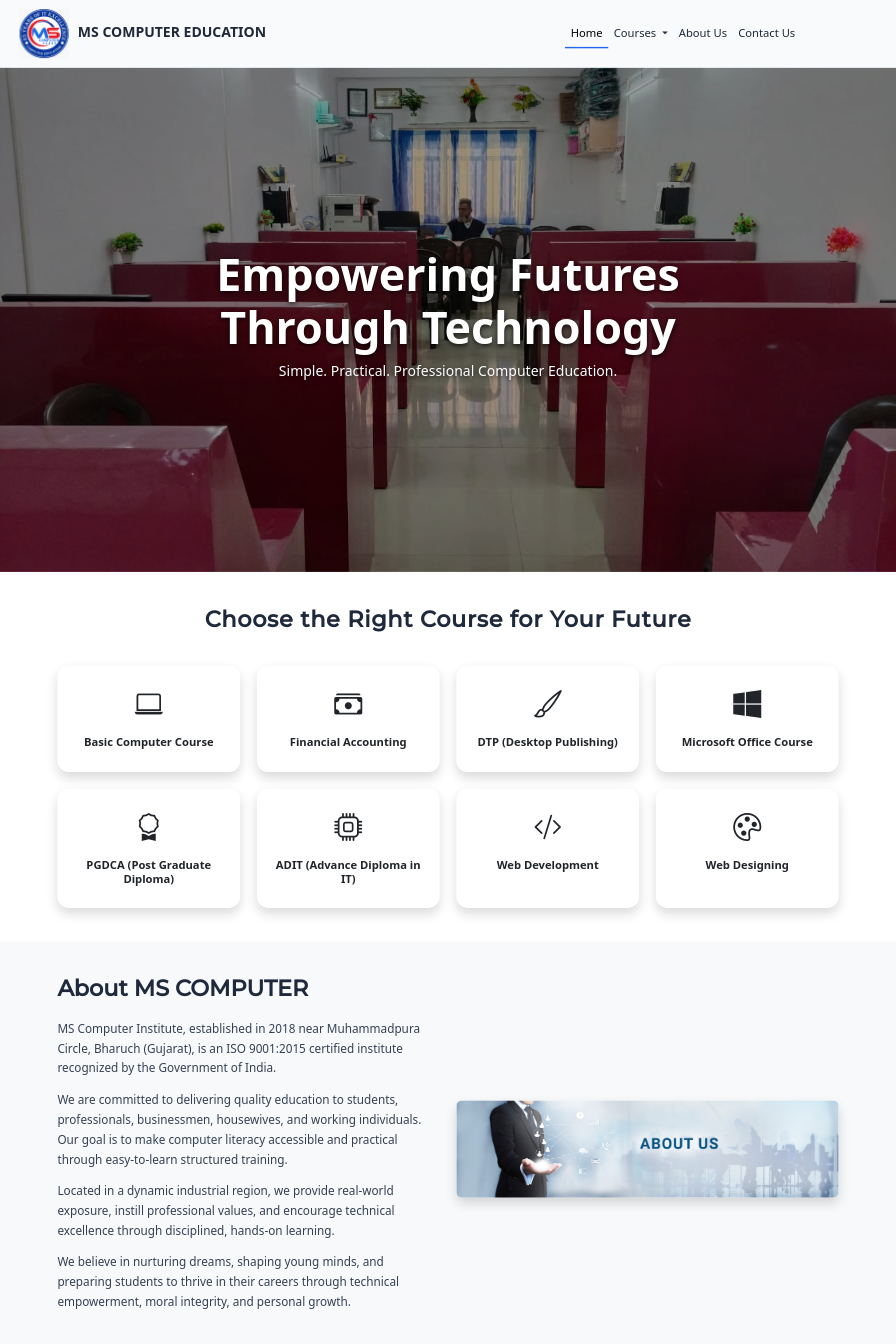
Repository: mscomputer2025/mscomputer
Page: http://localhost/
These files come from the project's save history. The page is drawn as it stood at one moment and after the next save; the edit follows.
The browser window is 1280 px wide. The pictures show the part of the page from y = 0 to 1920 px (the page is 2639 px tall), at 70% of full size.
Some web fonts or font styles are not loaded; a fallback is used. The page is served by the project's Laravel application, run on PHP 8.4 with Laravel 12. Other server files are loaded and not shown. Queries for data that is not in the repository find no rows.

Above is the page before, as saved 2025-07-01 19:02:24.

### app/Providers/AppServiceProvider.php
<?php

namespace App\Providers;

use Illuminate\Support\ServiceProvider;
use App\Models\Courses;
use Illuminate\Support\Facades\View;

class AppServiceProvider extends ServiceProvider
{

    public function register(): void
    {
        //
    }

    public function boot()
{
    View::composer('*', function ($view) {
        $view->with('allCourses', Courses::all());
    });
}
}

### app/Providers/ViewServiceProvider.php
<?php

namespace App\Providers;

use Illuminate\Support\ServiceProvider;
use Illuminate\Support\Facades\View;
use Illuminate\View\Compilers\BladeCompiler;
use Illuminate\Support\Facades\Validator;
use App\Models\Courses;

class ViewServiceProvider extends ServiceProvider
{

    public function register(): void
    {
        //
    }


    public function boot()
    {
        View::composer('*', function ($view) {
            $courses = Courses::all();
            $view->with('courses', $courses);
        });
    }
}

### routes/web.php
<?php

use Illuminate\Support\Facades\Route;

Route::get('/', function () {
    return view('homepage');
});
Route::get('/ms', function () {
    return view('welcome');
});

### app/Models/Courses.php
<?php

namespace App\Models;

use Illuminate\Database\Eloquent\Model;

class Courses extends Model
{
    protected $fillable = [
        'course_id', 'course_title', 'course_image', 'course_duration',
        'course_description', 'course_curriculum', 'course_rating', 'course_reviews'
    ];

    protected $casts = [
        'course_curriculum' => 'array',
    ];
}

### resources/views/homepage.blade.php
@extends('master.master')

@section('title', 'Home')

@section('content')
    <div class="hero">
        <div>
            <h1 class="display-3 fw-bold">Empowering Futures Through Technology</h1>
            <p class="lead">Simple. Practical. Professional Computer Education.</p>
        </div>
    </div>
    <section class="py-5  text-center">
        <div class="container">
            <h2 class="fw-bold mb-5 heading-styled">Choose the Right Course for Your Future</h2>
            <div class="row g-4 justify-content-center">
                @php
                    $courses = [
                        ['icon' => 'laptop', 'title' => 'Basic Computer Course'],
                        ['icon' => 'cash-stack', 'title' => 'Financial Accounting'],
                        ['icon' => 'brush', 'title' => 'DTP (Desktop Publishing)'],
                        ['icon' => 'windows', 'title' => 'Microsoft Office Course'],
                        ['icon' => 'award', 'title' => 'PGDCA (Post Graduate Diploma)'],
                        ['icon' => 'cpu', 'title' => 'ADIT (Advance Diploma in IT)'],
                        ['icon' => 'code-slash', 'title' => 'Web Development'],
                        ['icon' => 'palette', 'title' => 'Web Designing'],
                    ];
                  @endphp

                @foreach ($courses as $course)
                    <div class="col-6 col-md-4 col-lg-3">
                        <div class="course-box p-4 shadow rounded-4 h-100 transition-hover">
                            <div class="mb-3">
                                <i class="bi bi-{{ $course['icon'] }} fs-1 text-dark "></i>
                            </div>
                            <h6 class="fw-semibold text-dark">{{ $course['title'] }}</h6>
                        </div>
                    </div>
                @endforeach
            </div>
        </div>
    </section>

<section class="py-5 bg-light">
  <div class="container">
    <div class="row align-items-center">

      <div class="col-md-6">
        <h2 class="fw-bold mb-4">About MS COMPUTER</h2>
        <p>MS Computer Institute, established in 2018 near Muhammadpura Circle, Bharuch (Gujarat), is an ISO 9001:2015 certified institute recognized by the Government of India.</p>
        <p>We are committed to delivering quality education to students, professionals, businessmen, housewives, and working individuals. Our goal is to make computer literacy accessible and practical through easy-to-learn structured training.</p>
        <p>Located in a dynamic industrial region, we provide real-world exposure, instill professional values, and encourage technical excellence through disciplined, hands-on learning.</p>
        <p>We believe in nurturing dreams, shaping young minds, and preparing students to thrive in their careers through technical empowerment, moral integrity, and personal growth.</p>
      </div>

      <div class="col-md-6 text-center">
        <img src="{{ asset('images/aboutus.jpg') }}" alt="MS Computer Institute" class="img-fluid rounded-3 shadow">
      </div>

    </div>
  </div>
</section>


<section class="py-5 bg-white">
  <div class="container">
    <h2 class="text-center fw-bold mb-5">Director's Message</h2>
    <div id="quoteCarousel" class="carousel slide" data-bs-ride="carousel" data-bs-interval="5000" data-bs-pause="hover">
      <div class="carousel-inner">
        <div class="carousel-item active">
          <blockquote class="blockquote text-center">
            <i class="bi bi-lightbulb fs-1 text-warning mb-3"></i>
            <p class="mb-4">"Education shapes civilization and pushes humanity forward. We are here to help our youth experience the future."</p>
            <footer class="blockquote-footer">Mustaq Ahmed Shaikh, Director</footer>
          </blockquote>
        </div>
        <div class="carousel-item">
          <blockquote class="blockquote text-center">
            <i class="bi bi-star-fill fs-1 text-primary mb-3"></i>
            <p class="mb-4">"Excellence and value are not just our principles, but our promise to every student that walks through our doors."</p>
            <footer class="blockquote-footer">Mustaq Ahmed Shaikh, Director</footer>
          </blockquote>
        </div>
        <div class="carousel-item">
          <blockquote class="blockquote text-center">
            <i class="bi bi-rocket fs-1 text-danger mb-3"></i>
            <p class="mb-4">"We nurture dreams, develop skills, and help youth become self-reliant and ethically strong professionals."</p>
            <footer class="blockquote-footer">Mustaq Ahmed Shaikh, Director</footer>
          </blockquote>
        </div>
      </div>
      <button class="carousel-control-prev" type="button" data-bs-target="#quoteCarousel" data-bs-slide="prev">
        <span class="carousel-control-prev-icon" aria-hidden="true"></span>
        <span class="visually-hidden">Previous</span>
      </button>
      <button class="carousel-control-next" type="button" data-bs-target="#quoteCarousel" data-bs-slide="next">
        <span class="carousel-control-next-icon" aria-hidden="true"></span>
        <span class="visually-hidden">Next</span>
      </button>
    </div>
  </div>
</section>

@endsection

### resources/views/master/master.blade.php
<!DOCTYPE html>
<html lang="en">
<head>
    <meta charset="UTF-8">
    <meta name="viewport" content="width=device-width, initial-scale=1.0">
    <link rel="stylesheet" href="{{ asset('css/master.css') }}">
    <link href="https://fonts.googleapis.com/css2?family=Poppins&display=swap" rel="stylesheet">
    <link href="https://fonts.googleapis.com/css2?family=Orbitron:wght@600&family=Montserrat:wght@500&display=swap" rel="stylesheet">
    <link rel="stylesheet" href="https://cdn.jsdelivr.net/npm/bootstrap-icons@1.10.5/font/bootstrap-icons.css">
    <link href="https://cdn.jsdelivr.net/npm/bootstrap@5.3.7/dist/css/bootstrap.min.css" rel="stylesheet">
    <title>MS COMPUTER - @yield('title')</title>
</head>
<body>

    @include('master.header')

    <main>
        @yield('content')
    </main>

    @include('master.footer')

    <script src="https://cdn.jsdelivr.net/npm/bootstrap@5.3.7/dist/js/bootstrap.bundle.min.js"></script>
</body>
</html>

### resources/views/master/header.blade.php
<nav class="navbar navbar-expand-lg navbar-light  shadow-sm">
    <div class="container mx-3">
        <a class="navbar-brand" href="#">
            <img src="{{ asset('logo.jpeg') }}" alt="Institute Logo" width="70" height="100" class="img-fluid">
            <span class="ms-2 fw-bold">MS COMPUTER EDUCATION</span>
        </a>

        <!-- Toggle button for mobile -->
        <button class="navbar-toggler" type="button" data-bs-toggle="collapse" data-bs-target="#navbarContent"
            aria-controls="navbarContent" aria-expanded="false" aria-label="Toggle navigation">
            <span class="navbar-toggler-icon"></span>
        </button>

        <!-- Nav links on right -->
        <div class="collapse navbar-collapse justify-content-end" id="navbarContent">
            <ul class="navbar-nav mb-2 mb-lg-0">
                <li class="nav-item">
                    <a class="nav-link active" href="#">Home</a>
                </li>

                <!-- Courses Dropdown -->
                <li class="nav-item dropdown">
                    <a class="nav-link dropdown-toggle" href="#" id="coursesDropdown" role="button"
                        data-bs-toggle="dropdown" aria-expanded="false">
                        Courses
                    </a>
                    <ul class="dropdown-menu" aria-labelledby="coursesDropdown">
                        <li><a class="dropdown-item" href="#">Basic Computer</a></li>
                        <li><a class="dropdown-item" href="#">Tally ERP</a></li>
                        <li><a class="dropdown-item" href="#">Web Development</a></li>
                        <li><a class="dropdown-item" href="#">Graphic Design</a></li>
                    </ul>
                </li>
                <li class="nav-item">
                    <a class="nav-link" href="#">About Us</a>
                </li>
                <li class="nav-item">
                    <a class="nav-link" href="#">Contact Us</a>
                </li>
            </ul>
        </div>
    </div>
</nav>

### resources/views/master/footer.blade.php
<footer class="container text-white pt-4 pb-3 mt-5 footer-bg">
    <div class="mx-3">
        <div class="row">
            <!-- Institute Info -->
            <div class="col-md-4 mb-3">
                <a class="navbar-brand" href="#">
                    <img src="{{ asset('footerlogo.jpg') }}" alt="Institute Logo" width="50" height="70"
                        class="img-fluid rounded-circle me-2">
                </a>
                <span class="fw-bold h5">MS COMPUTER EDUCATION</span>
                <p class="mt-2">
                    MS COMPUTER nurtures dreams and shapes futures by awakening potential and inspiring a passion for
                    technical excellence. Our education system is rooted in proven methods, focused on guidance,
                    prevention of faults, and constructive support.
                </p>
            </div>

            <!-- Quick Links -->
            <div class="col-md-2 mb-3">
                <h5 class="fw-bold">Quick Links</h5>
                <ul class="list-unstyled">
                    <li><a href="#" class="text-white text-decoration-none">Home</a></li>
                    <li><a href="#" class="text-white text-decoration-none">Courses</a></li>
                    <li><a href="#" class="text-white text-decoration-none">Inquiry</a></li>
                    <li><a href="#" class="text-white text-decoration-none">About Us</a></li>
                    <li><a href="#" class="text-white text-decoration-none">Contact Us</a></li>
                </ul>
            </div>

            <!-- Courses Offered -->
            <div class="col-md-2 mb-3">
                <h5 class="fw-bold">Courses Offered</h5>
                <ul class="list-unstyled">
                    <li><a href="#" class="text-white text-decoration-none">Basic Computer</a></li>
                    <li><a href="#" class="text-white text-decoration-none">Tally with GST</a></li>
                    <li><a href="#" class="text-white text-decoration-none">Web Development</a></li>
                    <li><a href="#" class="text-white text-decoration-none">Graphic Designing</a></li>
                    <li><a href="#" class="text-white text-decoration-none">Programming (C/C++)</a></li>
                </ul>
            </div>

            <!-- Contact Info -->
            <div class="col-md-4 mb-3">
                <h5 class="fw-bold">Contact Us</h5>
                <p><i class="bi bi-envelope-fill me-2"></i>Email: mscomputeronline@gmial.com</p>
                <p><i class="bi bi-telephone-fill me-2"></i>Phone:+91 7600 991 605 |+91 8401 330 313</p>
                <p><i class="bi bi-geo-alt-fill me-2 align-middle"></i>G-19, Mohammadi City Corner, Mohammadpura,
                    Bharuch</p>
            </div>
        </div>

        <hr class="bg-secondary">
        <div class="text-center">
            <small>&copy; {{ date('Y') }} MS COMPUTER. All rights reserved.</small>
        </div>
    </div>
</footer>

### public/css/master.css
:root {
  --primary-light: #F8FAFC;
  --accent-blue: #2563EB;
  --nav-text: #1F2937;
  --footer-bg: #101e39;
  --footer-text: #bde6e0;
  --footer-link-hover: #2563EB;
}

.navbar {
  background-color: var(--primary-light);
  border-bottom: 1px solid #e2e8f0;
  /* font-family: 'Orbitron', sans-serif;  */
}

.navbar .navbar-brand span {
  color: var(--nav-text);
  font-weight: 700;
}

.navbar .nav-link {
  color: var(--nav-text);
  font-weight: 500;
}

.navbar .nav-link.active,
.navbar .nav-link:hover {
  color: var(--accent-blue);
  border-bottom: 2px solid var(--accent-blue);
}

/* Dropdown Styling */
.navbar .dropdown-menu {
  background-color: var(--primary-light);
  border: 1px solid #e2e8f0;
  box-shadow: 0 6px 12px rgba(0, 0, 0, 0.1);
}

.navbar .dropdown-item {
  color: var(--nav-text);
}

.navbar .dropdown-item:hover {
  background-color: var(--accent-blue);
  color: white;
}

footer.footer-bg {
  background-color: var(--footer-bg);
  color: var(--footer-text);
}

footer.footer-bg span h5 {
  color: var(--footer-text);
}

footer.footer-bg a {
  color: var(--footer-text);
  text-decoration: none;
}

footer.footer-bg a:hover {
  color: var(--footer-link-hover);
  text-decoration: underline;
}

footer.footer-bg hr {
  border-top: 1px solid #cbd5e1;
}

.hero {
  width: 100%;
  height: 100vh;
    background-image: url('../images/herosection.jpeg');
  background-position: center center;
  background-size: cover;
  background-repeat: no-repeat;
  position: relative;
  display: flex;
  align-items: center;
  justify-content: center;
  text-align: center;
  color: white;
  overflow: hidden;
  /* font-family: 'Orbitron', sans-serif; */
  padding: 0 15px;
}

.hero::before {
  content: "";
  position: absolute;
  inset: 0;
  background-color: rgba(0, 0, 0, 0.4);
  /* dark overlay */
  z-index: 1;
}

.hero>div {
  position: relative;
  z-index: 2;
  text-shadow: 0 2px 8px rgba(0, 0, 0, 0.8);
  max-width: 800px;
  margin: auto;
}

@media (max-width: 768px) {
  .hero h1 {
    font-size: 2rem;
  }

  .hero p {
    font-size: 1rem;
  }
}

@media (max-width: 480px) {
  .hero {
    height: 80vh;
    padding: 20px;
  }

  .hero h1 {
    font-size: 1.5rem;
  }

  .hero p {
    font-size: 0.95rem;
  }
}

.course-box {
  transition: transform 0.3s ease,
}

.course-box:hover {
  transform: translateY(-5px);
  box-shadow: 0 10px 20px rgba(12, 12, 12, 0.1);
}

.heading-styled {
  font-family: 'Orbitron', sans-serif;
  font-size: 2rem;
  letter-spacing: 1px;
  color: #1f2937;
  position: relative;
}

@media (max-width: 576px) {
  .heading-styled {
    font-size: 1.5rem;
  }
}

.heading-styled::after {
  content: "";
  width: 60%;
  height: 3px;
  position: absolute;
  bottom: -10px;
  left: 0;
  border-radius: 2px;
}
section .fw-bold {
  font-family: 'Montserrat', sans-serif;
  color: #1e293b;
}

section p {
  font-size: 1.05rem;
  line-height: 1.7;
  color: #334155;
}

After the next save:
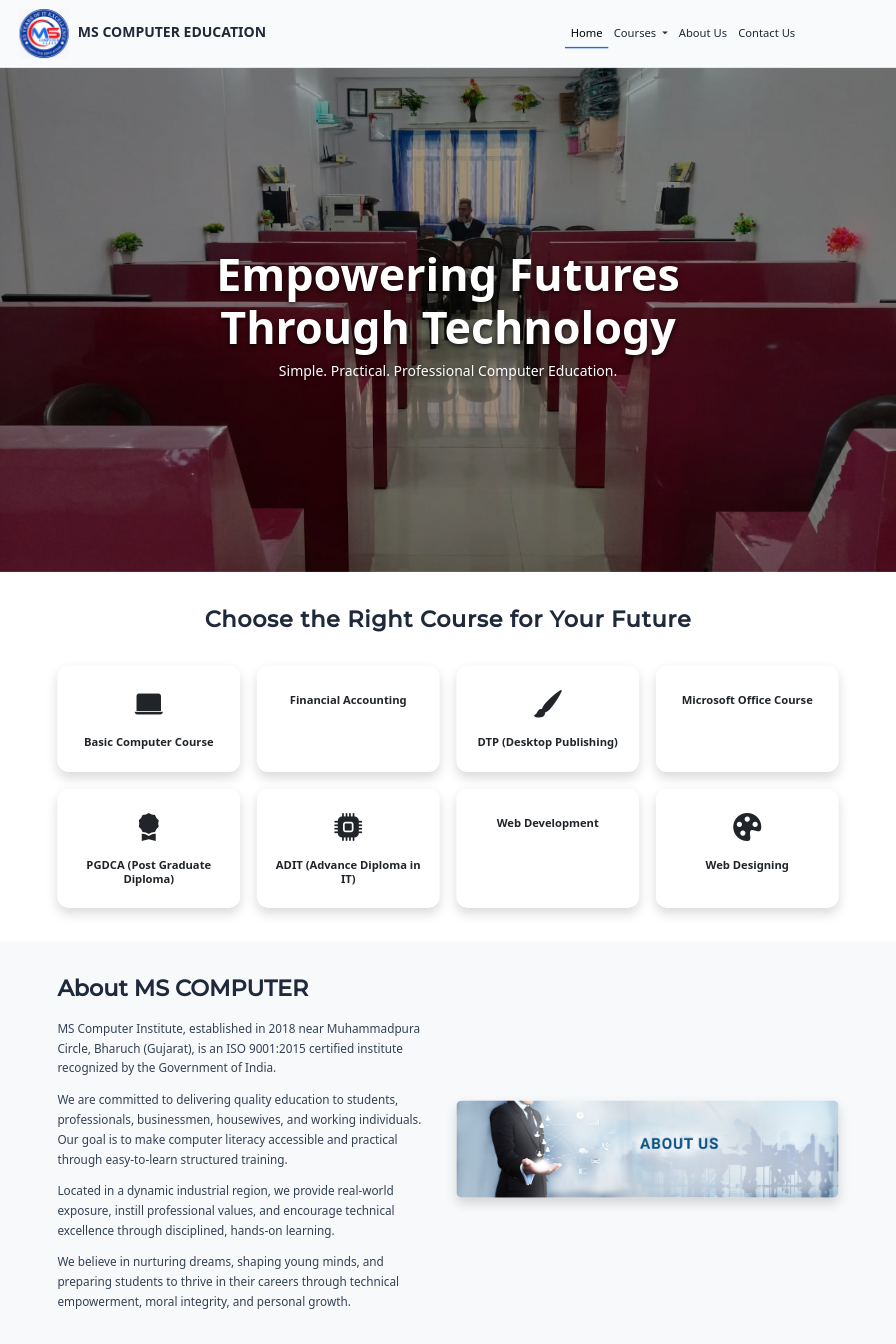
Saved 10 s later.
--- a/resources/views/homepage.blade.php
+++ b/resources/views/homepage.blade.php
@@ -30,7 +30,7 @@
                     <div class="col-6 col-md-4 col-lg-3">
                         <div class="course-box p-4 shadow rounded-4 h-100 transition-hover">
                             <div class="mb-3">
-                                <i class="bi bi-{{ $course['icon'] }} fs-1 text-dark "></i>
+                                <i class="bi bi-{{ $course['icon'] }}-fill fs-1 text-dark "></i>
                             </div>
                             <h6 class="fw-semibold text-dark">{{ $course['title'] }}</h6>
                         </div>
